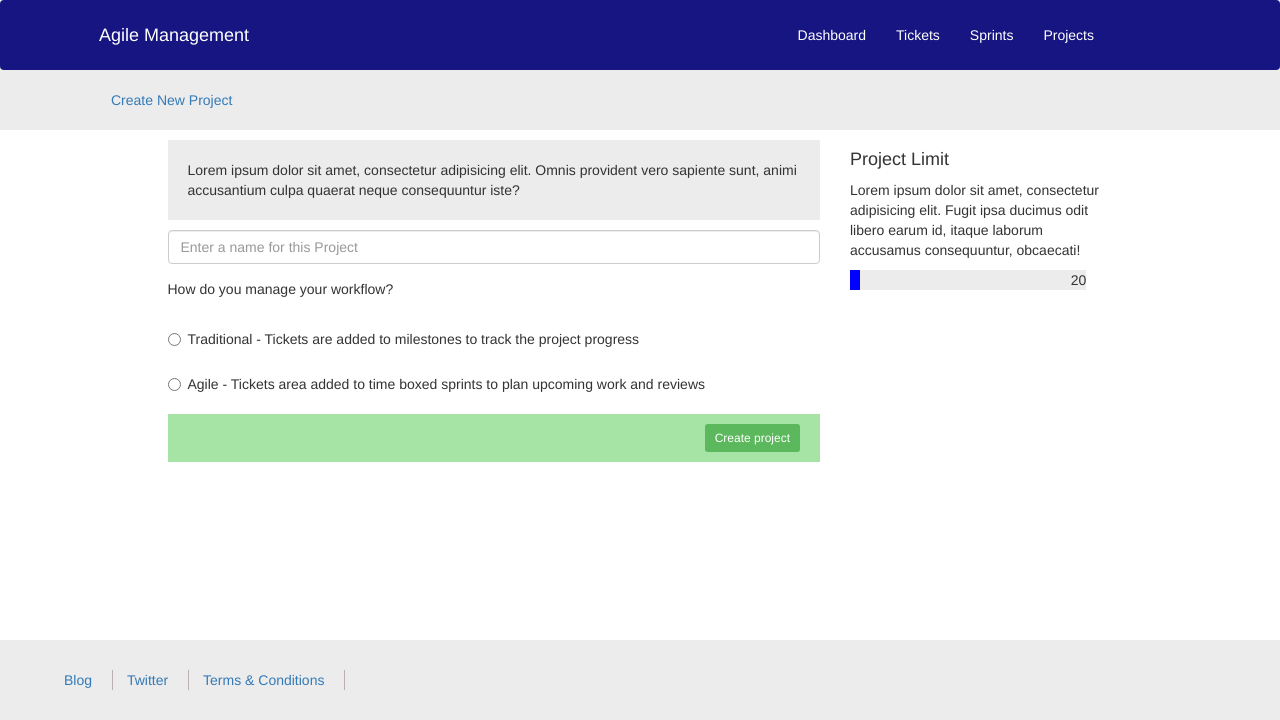
Repository: princexavier/agil
Page: http://localhost/Agile/project.jsp
The author's editor kept a copy of each file at every save. The page is drawn from the files as they stood at one save, then again after the next save.
The browser window is 1280 px wide. The pictures show the whole page.
Some web libraries are served in a nearby version. The page is served by Tomcat 9. Other server files are loaded and not shown.

Above is the page before, as saved 2018-01-19 09:09:26.

### workspace/Agile/WebContent/project.jsp
<%@ page language="java" contentType="text/html; charset=ISO-8859-1"
    pageEncoding="ISO-8859-1"%>

<!DOCTYPE html>
<html lang="en">

<head>
    <meta charset="UTF-8">
    <title>agile</title>
    <link rel="stylesheet" href="https://maxcdn.bootstrapcdn.com/bootstrap/3.3.7/css/bootstrap.min.css">
    <!-- jQuery library -->
    <script src="https://ajax.googleapis.com/ajax/libs/jquery/3.2.1/jquery.min.js"></script>
    <!-- Latest compiled JavaScript -->
    <script src="https://maxcdn.bootstrapcdn.com/bootstrap/3.3.7/js/bootstrap.min.js"></script>
    <link rel="stylesheet" href="css/style.css">
    <link rel="stylesheet" href="https://maxcdn.bootstrapcdn.com/font-awesome/4.7.0/css/font-awesome.min.css">
</head>

<body>
    <header>
        <nav class="navbar navbar-default">
            <div class="container-fluid">
                <div class="navbar-header">
                    <a class="navbar-brand" href="#">Agile Management</a>
                </div>
                <ul class="nav navbar-nav">
                    <li class="active"><a href="#">Dashboard</a></li>
                    <li><a href="ticket.html">Tickets</a></li>
                    <li><a href="ticket.html">Sprints</a></li>
                    <li><a href="#">Projects</a></li>
                </ul>
            </div>
        </nav>
    </header>
    <ul class="dashboard clearfix">
        <li class="divider-2">
            <a href="#" class="dash-title">Create New Project</a>
        </li>
    </ul>
    <div class="container">
        <div class="row">
            <div class="col-md-1 col=sm-12"></div>
            <div class="col-md-7 col=sm-12 left-content">
                <p class="auth">Lorem ipsum dolor sit amet, consectetur adipisicing elit. Omnis provident vero sapiente sunt, animi accusantium culpa quaerat neque consequuntur iste?</p>
                <div class="form-group">
                    <input type="text" placeholder="Enter a name for this Project" class="form-control" id="pwd">
                </div>
                <span>How  do you manage your workflow?</span>
                <div class="radio lab-title">
                    <label>
                        <input type="radio" name="optradio">Traditional - Tickets are added to milestones to track the project progress</label>
                </div>
                <div class="radio">
                    <label>
                        <input type="radio" name="optradio">Agile - Tickets area added to time boxed sprints to plan upcoming work and reviews</label>
                </div>
                <div class="bg clearfix">
                    <a href="ticket.html">
                        <button class="btn btn-success btn-sm">Create project</button>
                    </a>
                </div>
            </div>
            <div class="col-md-3 col=sm-12">
                <h4>Project Limit</h4>
                <p>Lorem ipsum dolor sit amet, consectetur adipisicing elit. Fugit ipsa ducimus odit libero earum id, itaque laborum accusamus consequuntur, obcaecati!</p>
                <div class="bar clearfix">
                    <span>20</span>
                </div>
            </div>
            <div class="col-md-1 col=sm-12"></div>
        </div>
    </div>
    <footer>
        <ul class="foot-content">
            <li>
                <a href="#">Blog</a>
            </li>
            <li>
                <a href="#">Twitter</a>
            </li>
            <li>
                <a href="#">Terms & Conditions</a>
            </li>
        </ul>
    </footer>
</body>

</html>

### workspace/Agile/WebContent/css/style.css
* {
	margin: 0px;
	padding: 0px;
	text-decoration: none;
	list-style-type: none;
}

a:hover {
	text-decoration: none;
}

.reg-form {
	margin-top: 40%;
}

.sign-up {
	outline:none;
	border: none;
	display: block;
	width: 100%;
	padding: 13px;
	border-radius: 40px;
	background: #161582;
	color: #fff;
}
.reg-form h2{
	margin-top: 20%;
    margin-bottom: 5%;
    text-align: center;
}
.reg-form span{
	display:block;
	padding-top:22px;
	padding-bottom:22px;
	text-align:center;
}
.reg-form input {
	cursor: pointer;
	padding-bottom: 10px;
	margin-bottom: 20px;
	outline: none;
	display: block;
	width: 100%;
	border: none;
	border-bottom: 1px solid #c7bdbd;
	transition: 0.8s ease;
}

.reg-form input:focus {
	border-bottom: 1px solid #161582;
}

.divider-1 {
	display: inline-block;
	width: calc(100%/ 1);
	float: left;
}

.divider-2 {
	display: inline-block;
	width: calc(100%/ 2);
	float: left;
}

.color {
	color: #161582;
	padding-right: 5px;
	cursor: pointer;
	transition: 0.2s ease-in-out;
}

.color:hover {
	color: #16158261;
}

.clearfix:after {
	content: "";
	display: block;
	clear: both;
}

.navbar-nav {
	float: right;
	margin-right: 100px;
}

.navbar-default {
	border: none;
	padding: 10px 56px 10px 84px;
	background: #161582;
	margin-bottom: 0px;
}

.navbar-brand,.navbar-nav>li>a {
	color: #fff !important;
}

nav .active a {
	background-color: transparent !important;
}

.dashboard {
	padding: 20px 0px;
	background: #ececec;
}

.dash-title {
	padding-left: 111px;
}

.auth {
	background: #ececec;
	padding: 20px;
}

.left-content>span {
	display: block;
}

.lab-title {
	padding: 20px 0px;
}

.bg {
	margin-top: 20px;
	padding: 10px 0px;
	background: #a6e4a6;
}

.bg a>button {
	float: right;
	margin-right: 20px;
	border: none;
}

footer {
	position: fixed;
	bottom: 0px;
	width: 100%;
	padding: 20px 0px;
	background: #ececec;
}

.right-bor {
	border-right: 1px solid #ececec;
}

.foot-content:first-child {
	margin-left: 64px;
	margin-top: 10px;
}

.foot-content li {
	border-right: 1px solid #a79a9ab8;
	padding-right: 20px;
	display: inline-block;
	margin-right: 10px;
}

.bar {
	width: 90%;
	background: #ececec;
	border-left: 10px solid blue;
}

.bar>span {
	float: right;
}

/*Ticket page style */
.btn-style {
	border: none;
	color: #fff;
	outline: none;
	background: #161582;
	transition: 0.5s ease-in-out;
}

.first-btn {
	margin-left: 150px
}

.btn-style:hover {
	background: #161582a8;
}

.icon-style {
	padding-right: 10px;
}

.events {

}

.list-style {
	padding: 10px 0px;
}

/*New ticket page style*/
.cs-btn {
	padding: 11px 10px;
	margin-left: 150px;
	color: #ffff;
	background: #161582;
	transition: 0.5s ease-in-out;
}

.cs-btn:hover {
	background: #1615825c;
	color: #fff;
}

textarea {
	resize: none;
}

.nav-tabs {
	margin-bottom: 50px;
}

label {
	font-weight: 300;
}

.btn-primary {
	background-color: #161582;
}

#menu4>p {
	padding: 20px 10px;
	background: #ececec;
	margin-bottom: 40px;
}

input[type="date"] {
	border-radius: 4px;
}

After the next save:
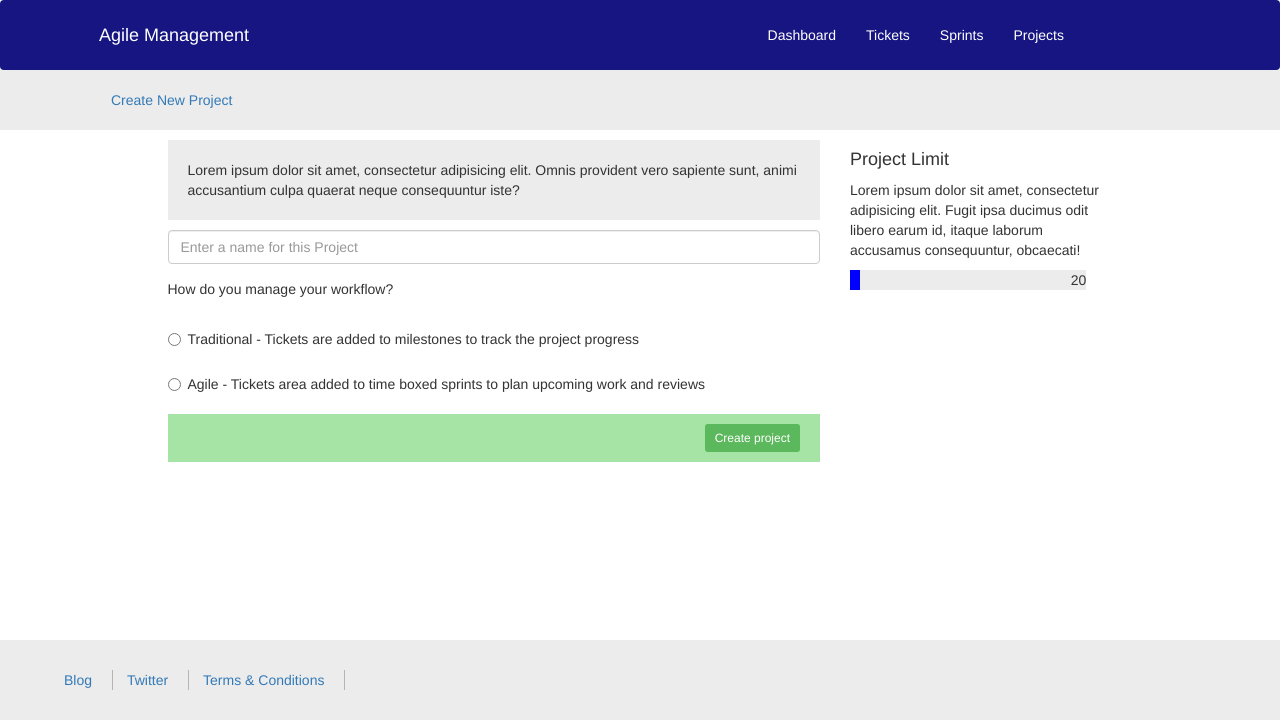
Saved 4 min 52 s later.
--- a/workspace/Agile/WebContent/project.jsp
+++ b/workspace/Agile/WebContent/project.jsp
@@ -28,6 +28,8 @@
                     <li><a href="ticket.html">Tickets</a></li>
                     <li><a href="ticket.html">Sprints</a></li>
                     <li><a href="#">Projects</a></li>
+                    <li><a href="#"><% %></a></li>
+
                 </ul>
             </div>
         </nav>
